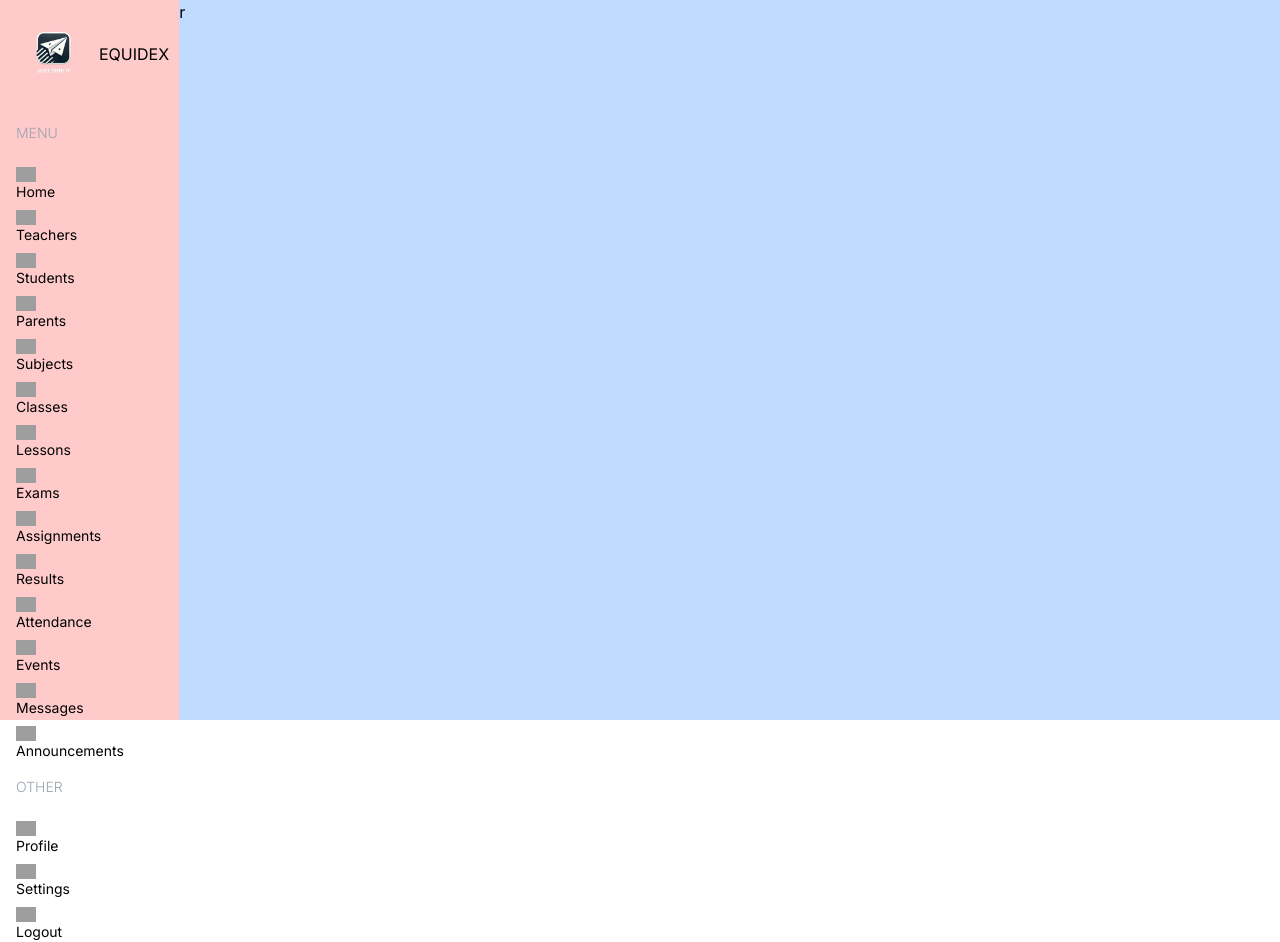
Repository: MikeeBuilds/equidex
Page: /admin
The author's editor kept a copy of each file at every save. The page is drawn from the files as they stood at one save, then again after a run of saves.
The browser window is 1280 px wide. The pictures show the whole page.
Pictures or frames that could not be fetched are drawn as grey boxes. The project was rebuilt for these pictures with package versions that can differ from the ones it lists, and the page was loaded fresh each time. The framework's server and built-in components were replaced by stand-ins that run in the browser. Also part of the build but not shown: next.config.mjs.

Above is the page before, as saved 2024-09-24 16:52:57.

After the next 2 saves:
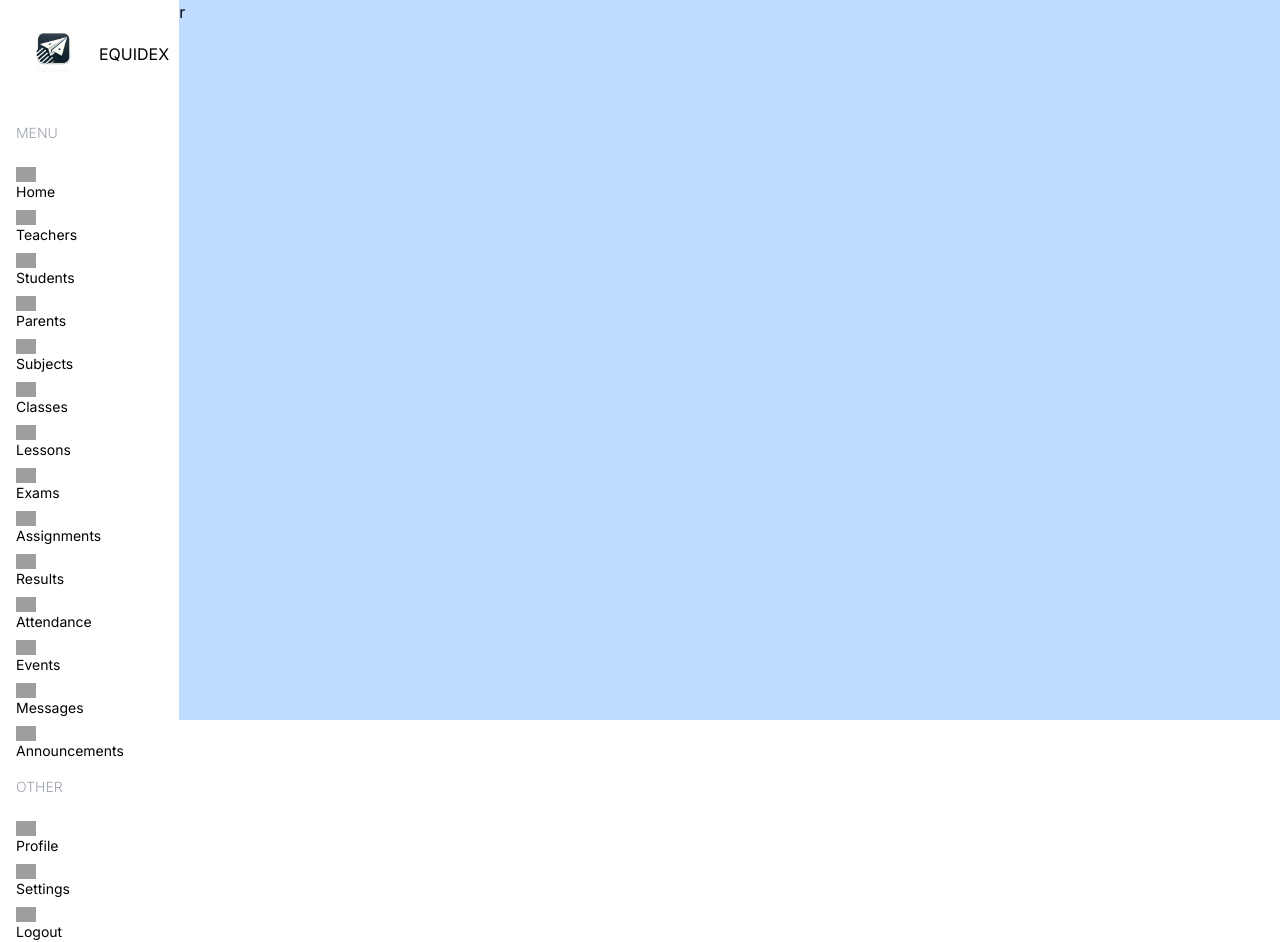
The 2 saves are shown as one change because they came seconds apart.
The last was saved 13 s later.
--- a/src/app/(dashboard)/layout.tsx
+++ b/src/app/(dashboard)/layout.tsx
@@ -11,7 +11,7 @@
     <html lang="en">
       <div className="h-screen flex ">
         {/* LEFT SIDE */}
-        <div className="w-1/6 md:w-[8%] lg:w-[16%] xl:w-[14%] bg-red-200 p-4">
+        <div className="w-1/6 md:w-[8%] lg:w-[16%] xl:w-[14%] p-4">
           <Link
             href="/"
             className="flex items-center justify-center lg:justify-start gap-2"
